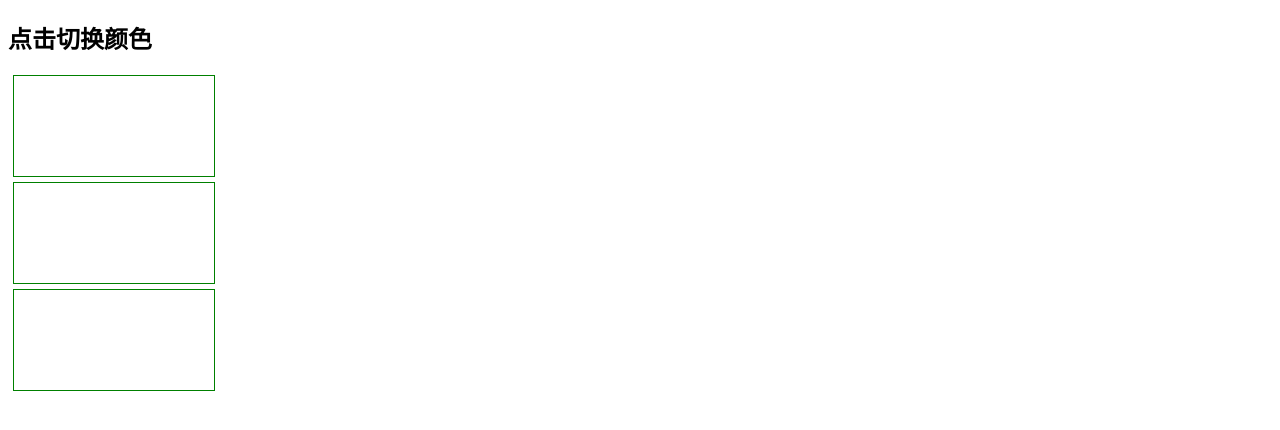
Repository: lucky-LoL735/jfsc
Page: ES6/let案例.html
An editor plug-in stored every save of this project. The page is shown before and after the next save, followed by the edit.
The browser window is 1280 px wide. The pictures show the whole page.

Above is the page before, as saved 2022-12-05 21:32:16.

After the next save:
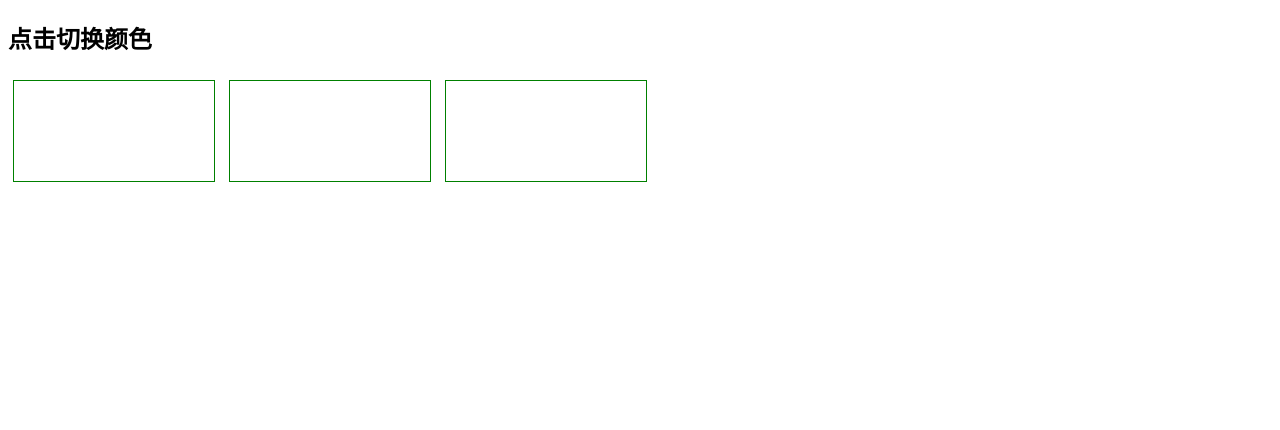
Saved 19 s later.
--- a/ES6/let案例.html
+++ b/ES6/let案例.html
@@ -17,6 +17,7 @@
 </body>
 <style>
   div .item {
+    display: inline-table;
     width: 200px;
     height: 100px;
     margin: 5px;
